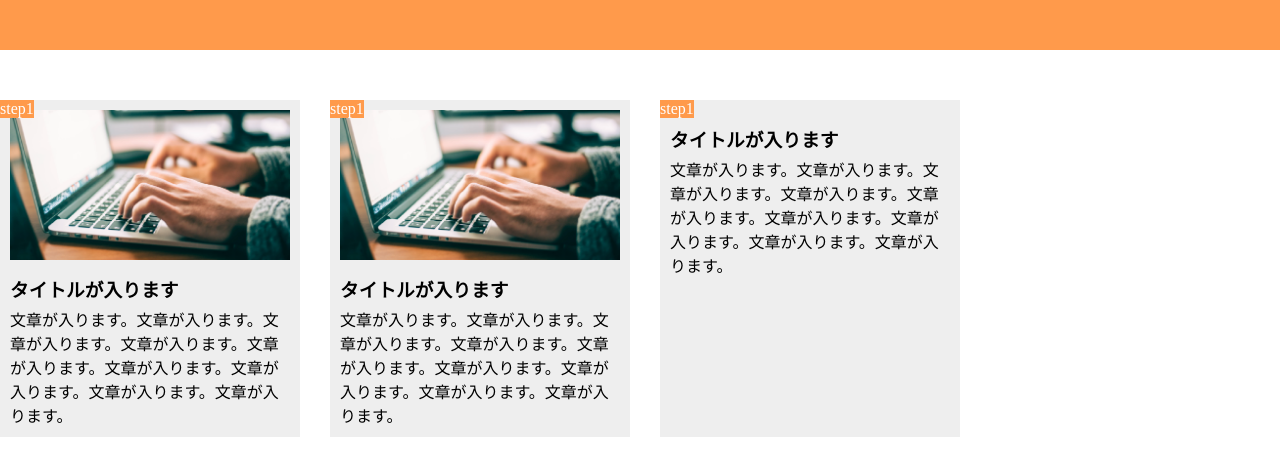
Repository: t-sato-infratop/environment
Page: chapter9-exercise/chapter9_exercise2.html
The author's editor kept a record of every edit. The page is drawn from the files as they stood at one moment, then again after the next edit.
The browser window is 1280 px wide. The pictures show the whole page.
Some web libraries are served in a nearby version.

Above is the page before.

After the next edit:
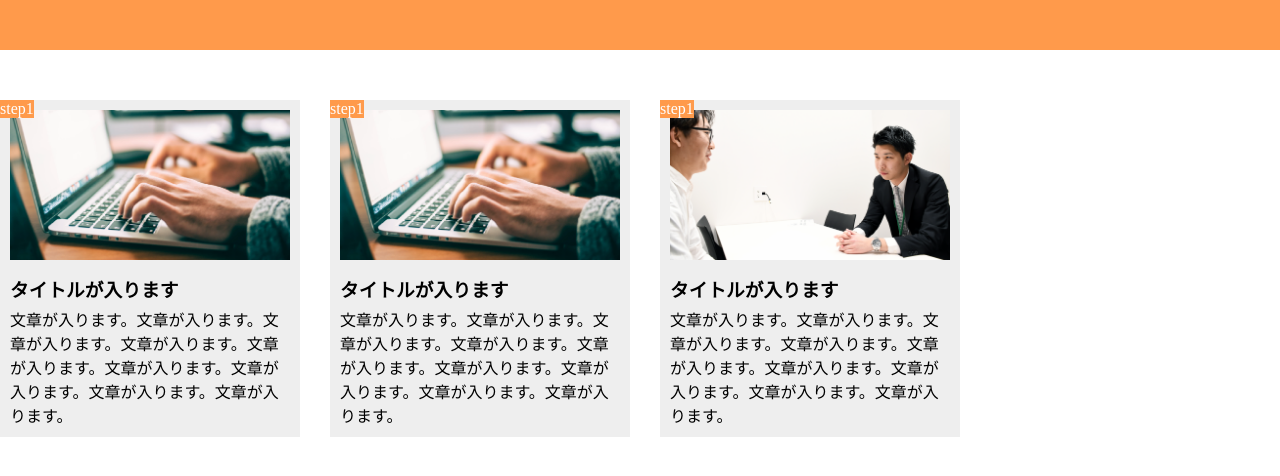
The edit:
--- a/chapter9-exercise/chapter9_exercise2.css
+++ b/chapter9-exercise/chapter9_exercise2.css
@@ -43,8 +43,8 @@
   height: 150px;
 }
 
-.box1-img {
-  background-image: url(img/flow01.png);
+.box3-img {
+  background-image: url(img/flow03.png);
   background-position: bottom;
   background-size: cover;
   height: 150px;
